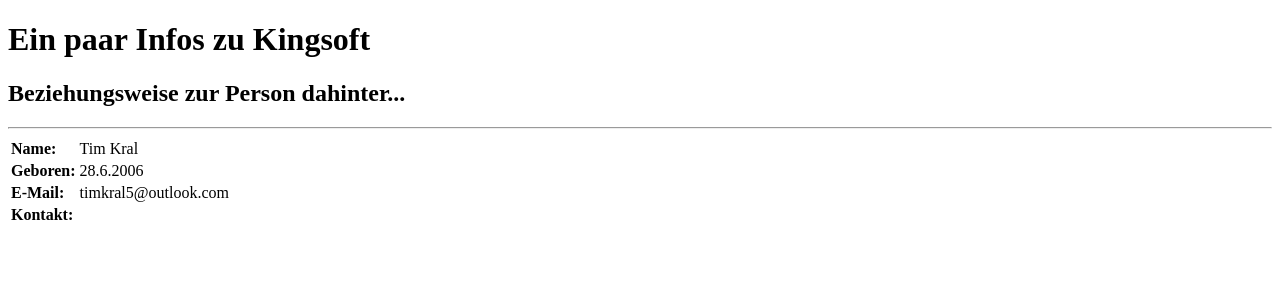
Repository: TimKral5/WikiPage
Page: Homepage/pages/about.htm
The author's editor kept a copy of each file at every save. The page is drawn from the files as they stood at one save, then again after the next save.
The browser window is 1280 px wide. The pictures show the whole page.

Above is the page before, as saved 2022-11-10 22:58:32.

### Homepage/pages/about.htm
<!DOCTYPE html>
<html lang="en">

<head>
    <meta charset="UTF-8">
    <meta http-equiv="X-UA-Compatible" content="IE=edge">
    <meta name="viewport" content="width=device-width, initial-scale=1.0">
    <title>Test</title>
</head>

<body>
    <h1>Ein paar Infos zu Kingsoft</h1>
    <h2>Beziehungsweise zur Person dahinter...</h2>
    <hr>
    <table>
        <tr>
            <td><b>Name:</b></td>
            <td>Tim Kral</td>
        </tr>
        <tr>
            <td><b>Geboren:</b></td>
            <td>28.6.2006</td>
        </tr>
        <tr>
            <td><b>E-Mail:</b></td>
            <td>timkral5@outlook.com</td>
        </tr>
        <tr>
            <td><b>Kontakt:</b></td>
        </tr>
    </table>
</body>

</html>

After the next save:
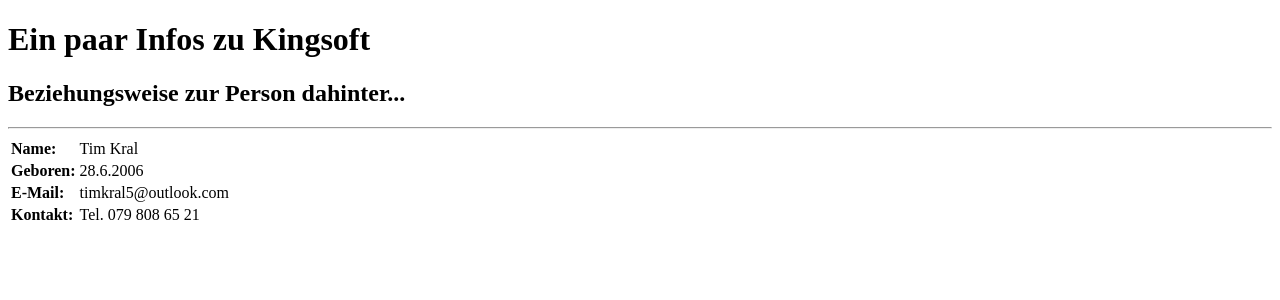
Saved 22 s later.
--- a/Homepage/pages/about.htm
+++ b/Homepage/pages/about.htm
@@ -27,6 +27,7 @@
         </tr>
         <tr>
             <td><b>Kontakt:</b></td>
+            <td>Tel. 079 808 65 21</td>
         </tr>
     </table>
 </body>
